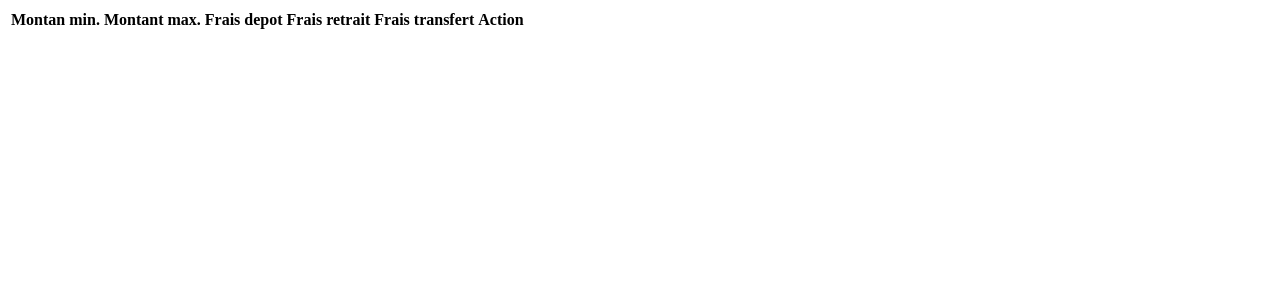
Repository: mitantsoa1/cash
Page: http://localhost/Views/Back/frais_affichage.php
An editor plug-in stored every save of this project. The page is shown before and after the next save, followed by the edit.
The browser window is 1280 px wide. The pictures show the whole page.
The page is run by PHP 8.4 with error messages shown; the project is at /var/www/html/. Queries for data that is not in the repository find no rows.

Above is the page before, as saved 2021-01-18 14:28:11.
Console error: ReferenceError: $ is not defined

After the next save:
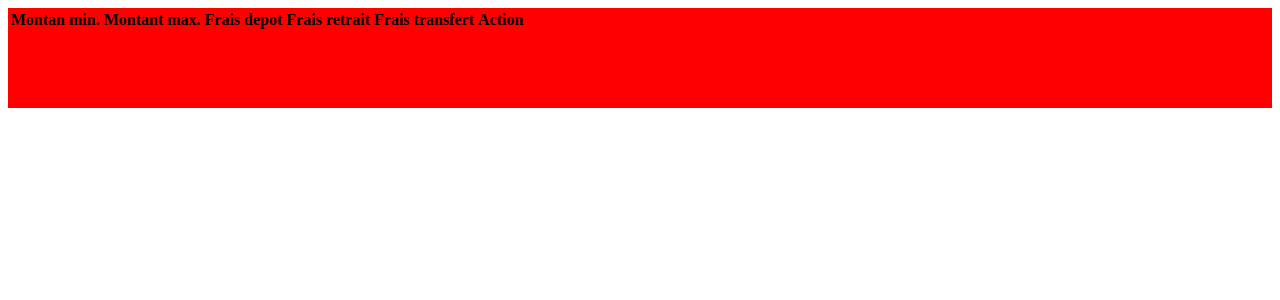
Saved 49 s later.
--- a/Views/Back/frais_affichage.php
+++ b/Views/Back/frais_affichage.php
@@ -11,7 +11,7 @@
     </style>
 </head>
 <body>
-    <div class="table_frais">
+    <div class="table_frais" style="background-color: red;">
 
 
     <?php

After the 2 saves that followed:
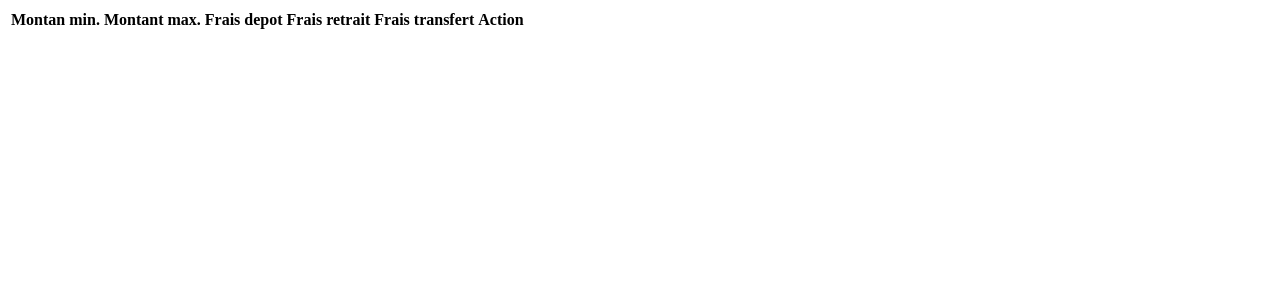
The 2 saves are shown as one change because 1 left the picture as it was.
The last was saved 2 min 18 s later.
--- a/Views/Back/frais_affichage.php
+++ b/Views/Back/frais_affichage.php
@@ -11,7 +11,7 @@
     </style>
 </head>
 <body>
-    <div class="table_frais" style="background-color: red;">
+    <div class="table_frais">
 
 
     <?php
@@ -24,7 +24,7 @@
                     ->order("id","DESC")
                     ->executeSP();
 
-        echo " <table class='table table-striped table-hover table-bordered table_frais'>
+        echo " <table class='table table-striped table-hover table-bordered'>
                 <thead>
                     <th>Montan min.</th>
                     <th>Montant max.</th>
